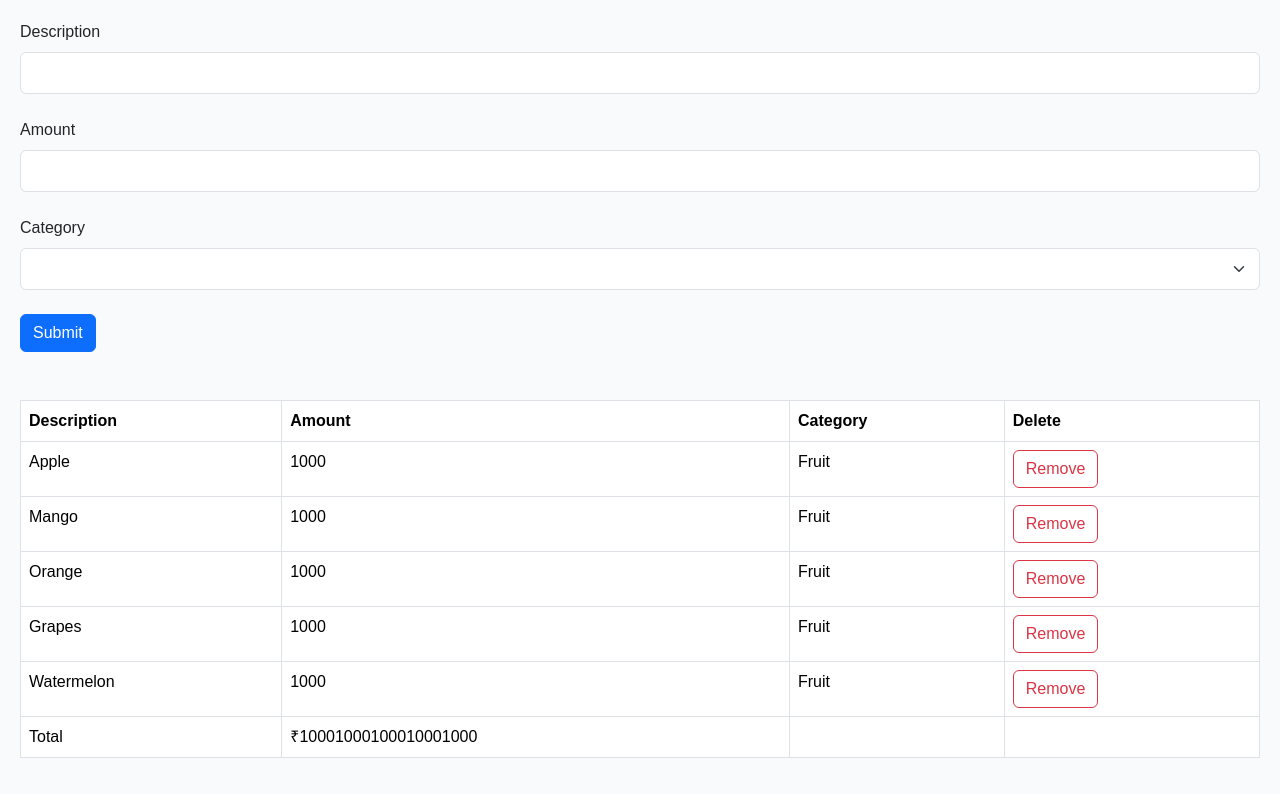
Repository: ahmad-dev7/TrendWear
Page: / (app in trend_wear_dashboard/)
The author's editor kept a copy of each file at every save. The page is drawn from the files as they stood at one save, then again after the next save.
The browser window is 1280 px wide. The pictures show the whole page.
The project was rebuilt for these pictures with package versions that can differ from the ones it lists, and the page was loaded fresh each time. Also part of the build but not shown: trend_wear_dashboard/vite.config.ts.

Above is the page before, as saved 2025-01-21 04:30:45.

### trend_wear_dashboard/index.html
<!doctype html>
<html lang="en">

<head>
  <meta charset="UTF-8" />
  <link rel="icon" type="image/svg+xml" href="/vite.svg" />
  <meta name="viewport" content="width=device-width, initial-scale=1.0" />
  <title>Trend Wear</title>
</head>

<body>
  <div id="root"></div>
  <script type="module" src="/src/main.tsx"></script>
</body>

</html>

### trend_wear_dashboard/src/main.tsx
import { StrictMode } from "react";
import { createRoot } from "react-dom/client";
import "bootstrap/dist/css/bootstrap.css";
import "./App.css";
import App from "./App.tsx";

createRoot(document.getElementById("root")!).render(
  <StrictMode>
    <App />
  </StrictMode>
);

### trend_wear_dashboard/src/App.css
body {
    background-color: #F9FAFB;
    padding: 20px;
    border-color: #e5e7eb;
    font-family: Arial, Helvetica, sans-serif;

}

#parent {
    display: flex;
}

### trend_wear_dashboard/src/App.tsx
// import Body from "./Components/Body/Body";
// import Navbar from "./Components/Navbar/Navbar";
// import Sidebar from "./Components/Sidebar/Sidebar";
// import AddProducts from "./Components/AddProduct/AddProduct";
// import Dashboard from "./Components/Dashboard/Dashboard";
import { useState } from "react";
import ExpenseList from "./ExpenseTracker/ExpenseList";
import ExpenseForm from "./Form";

export const categories = ["Fruit", "Vegetables", "Groceries"];

function App() {
  const [expenses, setExpenses] = useState([
    { id: 1, description: "Apple", amount: 1000, category: "Fruit" },
    { id: 2, description: "Mango", amount: 1000, category: "Fruit" },
    { id: 3, description: "Orange", amount: 1000, category: "Fruit" },
    { id: 4, description: "Grapes", amount: 1000, category: "Fruit" },
    { id: 5, description: "Watermelon", amount: 1000, category: "Fruit" },
  ]);

  return (
    <>
      <ExpenseForm
        onSubmitExpense={(expense) =>
          setExpenses([...expenses, { ...expense, id: expenses.length + 1 }])
        }
      />
      <div className="mb-5"></div>
      <ExpenseList
        expenses={expenses}
        onRemove={(id) => setExpenses(expenses.filter((e) => e.id != id))}
      />
    </>

    // <div id="parent">
    //   <Sidebar onSelectTab={setBody} />
    //   <div style={{ flex: 1 }}>
    //     <Navbar />
    //     <Body>
    //       {body == "Dashboard" && <Dashboard />}
    //       {body == "Add Product" && <AddProducts />}
    //     </Body>
    //   </div>
    // </div>
  );
}

export default App;

### trend_wear_dashboard/src/ExpenseTracker/ExpenseList.tsx
export interface Expenses {
  id: number;
  description: string;
  amount: number;
  category: string;
}

interface Props {
  expenses: Expenses[];
  onRemove: (id: number) => void;
}

const ExpenseList = ({ expenses, onRemove }: Props) => {
  var total = "";
  if (expenses.length == 0) return null;

  return (
    <>
      <table className="table table-bordered">
        <thead>
          <tr>
            <th>Description</th>
            <th>Amount</th>
            <th>Category</th>
            <th>Delete</th>
          </tr>
        </thead>
        <tbody>
          {expenses.map((expense) => (
            <tr key={expense.id}>
              <td>{expense.description}</td>
              <td>{expense.amount} </td>
              <td>{expense.category} </td>
              <td>
                <button
                  onClick={() => onRemove(expense.id)}
                  className="btn btn-outline-danger"
                >
                  Remove
                </button>
              </td>
            </tr>
          ))}
        </tbody>
        <tfoot>
          <tr>
            <td>Total</td>
            <td>₹{expenses.map((amount) => amount.amount)}</td>
            <td></td>
            <td></td>
          </tr>
        </tfoot>
      </table>
    </>
  );
};

export default ExpenseList;

### trend_wear_dashboard/src/Form.tsx
import "bootstrap/dist/css/bootstrap.css";
import { FieldValues, useForm } from "react-hook-form";
import { categories } from "./App";

interface ExpenseFormData {
  description: string;
  amount: number;
  category: string;
}

interface Props {
  onSubmitExpense: (data: ExpenseFormData) => void;
}

const ExpenseForm = ({ onSubmitExpense }: Props) => {
  const { register, handleSubmit } = useForm();

  const onSubmit = (data: FieldValues) =>
    onSubmitExpense({
      description: data.description,
      amount: data.amount,
      category: data.category,
    });
  return (
    <form onSubmit={handleSubmit(onSubmit)}>
      <div className="mb-4">
        <label htmlFor="description" className="form-label">
          Description
        </label>
        <input
          {...register("description")}
          id="description"
          type="text"
          className="form-control p-2"
        />
      </div>
      <div className="mb-4">
        <label htmlFor="amount" className="form-label">
          Amount
        </label>
        <input
          {...register("amount")}
          id="amount"
          type="text"
          className="form-control p-2"
        />
      </div>
      <div className="mb-4">
        <label htmlFor="category" className="form-label">
          Category
        </label>
        <select
          {...register("category")}
          id="category"
          className="form-select p-2"
        >
          <option value=""></option>
          {categories.map((category) => (
            <option className="dropdown-item" value={category} key={category}>
              {category}
            </option>
          ))}
        </select>
      </div>
      <button className="btn btn-primary">Submit</button>
    </form>
  );
};

export default ExpenseForm;

After the next save:
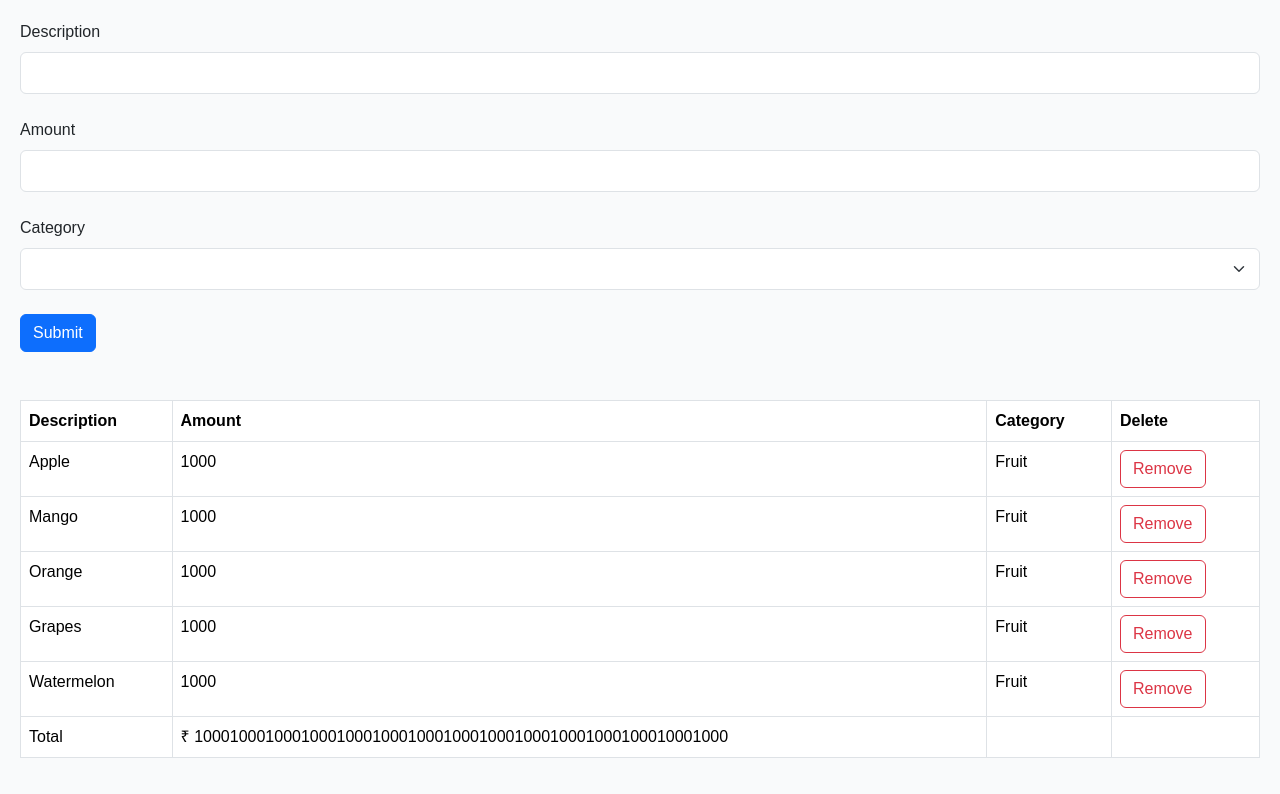
Saved 27 s later.
--- a/trend_wear_dashboard/src/ExpenseTracker/ExpenseList.tsx
+++ b/trend_wear_dashboard/src/ExpenseTracker/ExpenseList.tsx
@@ -45,7 +45,10 @@ const ExpenseList = ({ expenses, onRemove }: Props) => {
         <tfoot>
           <tr>
             <td>Total</td>
-            <td>₹{expenses.map((amount) => amount.amount)}</td>
+            <td>
+              ₹ {total}
+              {expenses.map((amount) => (total += amount.amount))}
+            </td>
             <td></td>
             <td></td>
           </tr>
